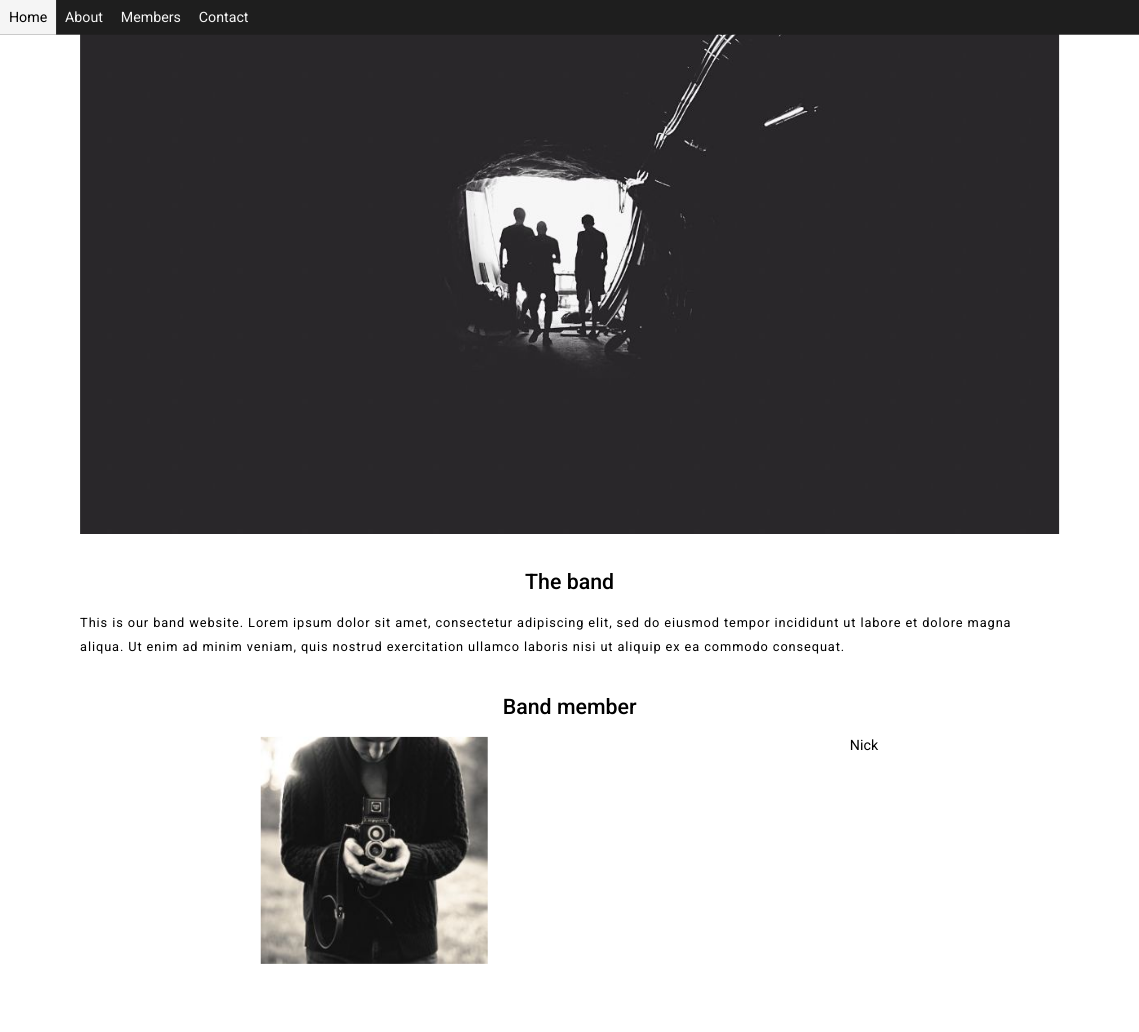
Repository: hieu-22/w3_band_UI
Page: index.html
An editor plug-in stored every save of this project. The page is shown before and after the next save, followed by the edit.
The browser window is 1280 px wide. The pictures show the whole page, at 89% of full size.

Above is the page before, as saved 2022-12-30 09:39:50.

After the next save:
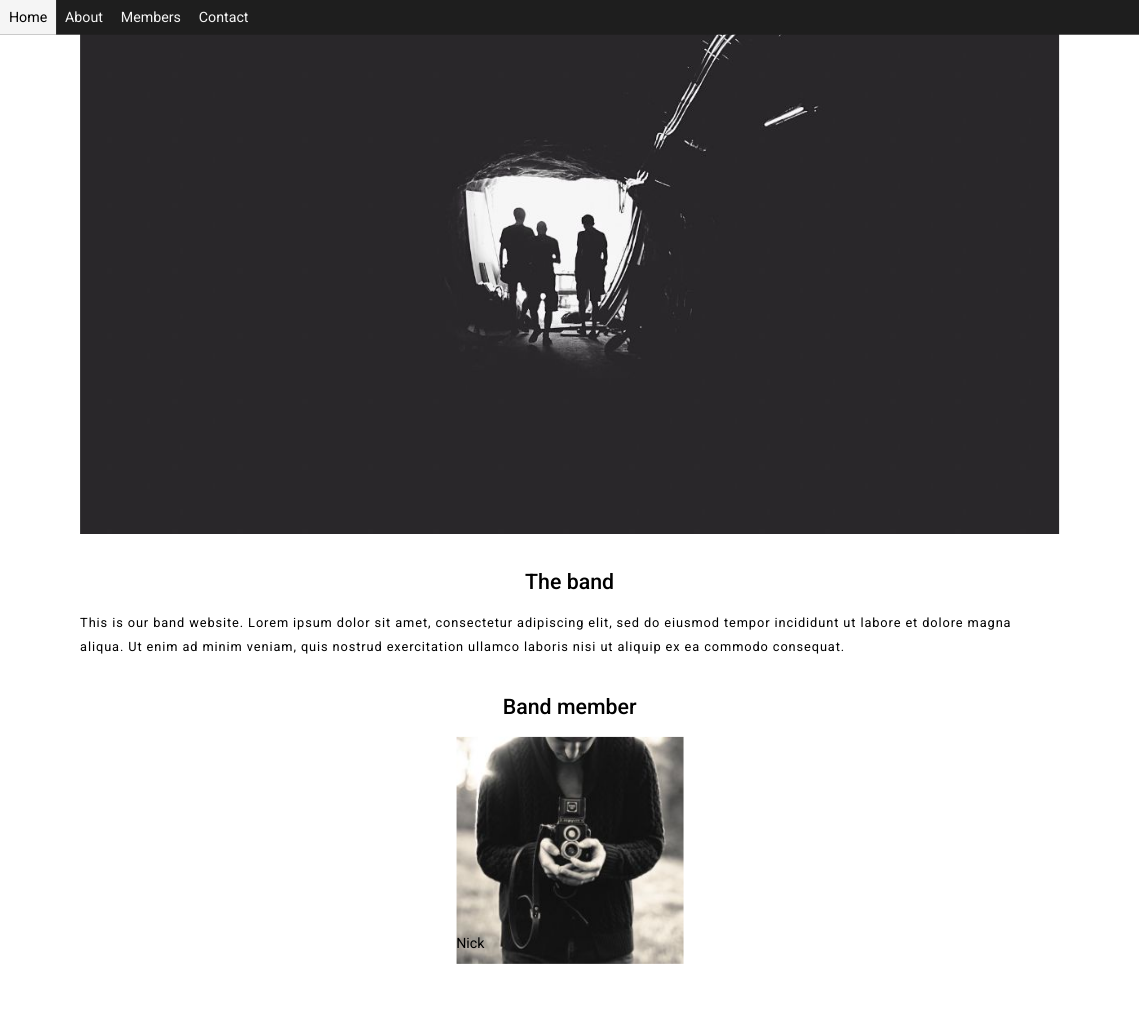
Saved 50 s later.
--- a/index.html
+++ b/index.html
@@ -40,10 +40,12 @@
         <div class="content__members">
             <h2 class="content__members-header">Band member</h2>
             <div class="content__members-container">
-                <div class="content__members-img">
-                    <img src="/assets/img/img_bandmember.jpg" alt="band members">
+                <div class="content__members-1">
+                    <div class="content__members-img">
+                        <img src="/assets/img/img_bandmember.jpg" alt="band members">
+                    </div>
+                    <p class="content__members-name">Nick</p>
                 </div>
-                <p class="content__members-name">Nick</p>
             </div>
         </div>
     </main>
